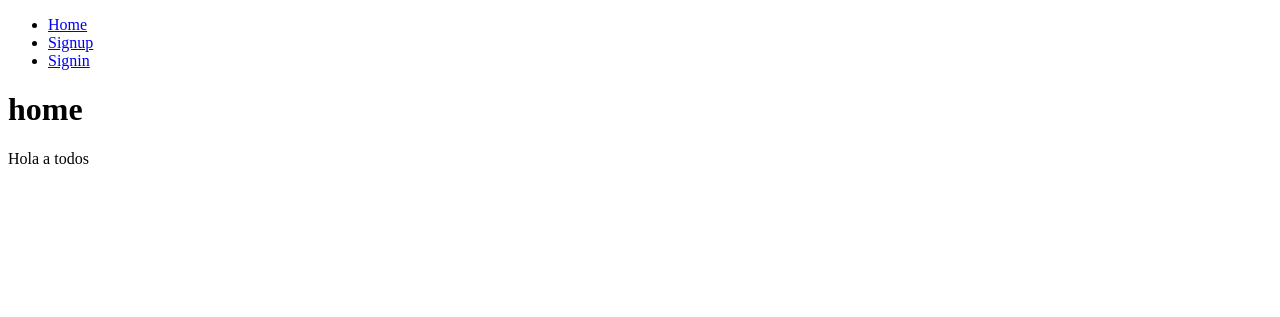
Repository: dbettancourt/django-auth-crud
Page: http://localhost/
The author's editor kept a copy of each file at every save. The page is drawn from the files as they stood at one save, then again after the next save.
The browser window is 1280 px wide. The pictures show the whole page.
The page is served by the project's application, run on Django 4.2 (manage.py). Other server files are loaded and not shown.

Above is the page before, as saved 2023-06-06 09:48:00.

### tasks/templates/home.html
{% extends 'base.html' %}

{% block content %}
<h1>home</h1>
<p>Hola a todos</p>
{% endblock %}

### tasks/templates/base.html
<!DOCTYPE html>
<!--[if lt IE 7]>      <html class="no-js lt-ie9 lt-ie8 lt-ie7"> <![endif]-->
<!--[if IE 7]>         <html class="no-js lt-ie9 lt-ie8"> <![endif]-->
<!--[if IE 8]>         <html class="no-js lt-ie9"> <![endif]-->
<!--[if gt IE 8]>      <html class="no-js"> <!--<![endif]-->
<html>
    <head>
        <meta charset="utf-8">
        <meta http-equiv="X-UA-Compatible" content="IE=edge">
        <title>Pagina Base Django</title>
        <meta name="description" content="">
        <meta name="viewport" content="width=device-width, initial-scale=1">
        <link rel="stylesheet" href="">
        <link rel="https://cdn.jsdelivr.net/npm/bootstrap@5.3.0/dist/css/bootstrap.min.css">
    </head>
    <body>
        <!--[if lt IE 7]>
            <p class="browsehappy">You are using an <strong>outdated</strong> browser. Please <a href="#">upgrade your browser</a> to improve your experience.</p>
        <![endif]-->

        <script src="" async defer></script>

        <nav>
            <ul>
                <li>
                    <a href="/">Home</a>
                </li>
                {% if user.is_authenticated %}
                <li>
                    <a href="/tasks">Tasks Pending</a>
                </li>
                <li>
                    <a href="/tasks_completed">Tasks Completed</a>
                </li>
                <li>
                    <a href="/tasks/create">Create task</a>
                </li>

                <li>
                    <a href="/logout">Logout</a>
                </li>
                {% else %}
                <li>
                    <a href="/signup">Signup</a>
                </li>
                <li>
                    <a href="/signin">Signin</a>
                </li>
                {% endif %}
            </ul>
        </nav>


        {% block content %}
        {% endblock %}

    </body>
</html>

### tasks/views.py
from django.shortcuts import render, redirect, get_object_or_404
from django.contrib.auth.forms import UserCreationForm, AuthenticationForm
from django.contrib.auth.models import User
from django.contrib.auth import login, logout, authenticate
from django.db import IntegrityError
from .forms import TaskForm
from .models import Task
from django.utils import timezone
from django.contrib.auth.decorators import login_required



# Create your views here.
def home(request):
    return render(request, 'home.html')

def signup(request):

    if request.method == 'GET':
         return render(request, 'signup.html',{
        'form': UserCreationForm
    })

    else:
        if request.POST['password1'] == request.POST['password2']:
            try:
                user = User.objects.create_user(username=request.POST['username'], password=request.POST['password1'])
                user.save()
                login(request, user)
                return redirect ('tasks')
            except IntegrityError:
                return render(request, 'signup.html',{
                    'form': UserCreationForm,
                    'error': 'El usuario ya existe'
                    })
        return render(request, 'signup.html', {
            'form': UserCreationForm,
            'error': 'Las contraseñas no coinciden'
            })

@login_required
def tasks(request):
    tasks = Task.objects.filter(user=request.user, datecompleted__isnull=True)
    return render(request, 'tasks.html', {'tasks': tasks})

@login_required
def tasks_completed(request):
    tasks = Task.objects.filter(user=request.user, datecompleted__isnull=False).order_by ('-datecompleted')
    return render(request, 'tasks.html', {'tasks': tasks})

@login_required
def create_task(request):

    if request.method == 'GET':
        return render(request, 'create_task.html', {
            'form': TaskForm
        })
    else:
        try:
            form = TaskForm(request.POST)
            new_task = form.save(commit=False)
            new_task.user = request.user
            new_task.save()
            return redirect('tasks')
        except ValueError:
            return render(request, 'create_task.html', {
                'form': TaskForm,
                'error': 'Por favor ingresar datos validos'
             })

@login_required
def task_detail(request, task_id):
    if request.method == 'GET':
        task = get_object_or_404(Task, pk=task_id, user=request.user)
        form = TaskForm(instance=task)
        return render(request, 'task_detail.html', {'task': task, 'form': form})
    else:
        try:
            task = get_object_or_404(Task, pk=task_id, user=request.user)
            form = TaskForm(request.POST, instance=task)
            form.save()
            return redirect('tasks')
        except ValueError:
            return render(request, 'task_detail.html', {'task': task, 'form': form, 'error': "Error al actualizar"})

@login_required
def complete_task(request, task_id):
    task = get_object_or_404(Task, pk=task_id, user=request.user)
    if request.method == 'POST':
        task.datecompleted = timezone.now()
        task.save()
        return redirect('tasks')

@login_required
def delete_task(request, task_id):
    task = get_object_or_404(Task, pk=task_id, user=request.user)
    if request.method == 'POST':
        task.datecompleted = timezone.now()
        task.delete()
        return redirect('tasks')

@login_required
def signout(request):
    logout(request)
    return redirect('home')

def signin(request):
    if request.method=='GET':
        return render(request, 'signin.html', {
            'form': AuthenticationForm
        })
    else:
        user = authenticate(
            request, username=request.POST['username'], password=request.POST['password'])

        if user is None:
            return render(request, 'signin.html', {
                'form': AuthenticationForm,
                'error': 'Usuario o password es incorrecta'
            })
        else:
            login(request, user)
            return redirect('tasks')

### djangocrud/urls.py
"""
URL configuration for djangocrud project.

The `urlpatterns` list routes URLs to views. For more information please see:
    https://docs.djangoproject.com/en/4.2/topics/http/urls/
Examples:
Function views
    1. Add an import:  from my_app import views
    2. Add a URL to urlpatterns:  path('', views.home, name='home')
Class-based views
    1. Add an import:  from other_app.views import Home
    2. Add a URL to urlpatterns:  path('', Home.as_view(), name='home')
Including another URLconf
    1. Import the include() function: from django.urls import include, path
    2. Add a URL to urlpatterns:  path('blog/', include('blog.urls'))
"""
from django.contrib import admin
from django.urls import path
from tasks import views

urlpatterns = [
    path('admin/', admin.site.urls),
    path('', views.home, name='home'),
    path('signup/', views.signup, name='signup'),
    path('tasks/', views.tasks, name='tasks'),
    path('tasks_completed/', views.tasks_completed, name='_completed'),
    path('tasks/create/', views.create_task, name='create_tasks'),
    path('tasks/<int:task_id>/', views.task_detail, name='task_detail'),
    path('tasks/<int:task_id>/complete', views.complete_task, name='complete_task'),
    path('tasks/<int:task_id>/delete', views.delete_task, name='delete_task'),
    path('logout/', views.signout, name='logout'),
    path('signin/', views.signin, name='signin')
]

After the next save:
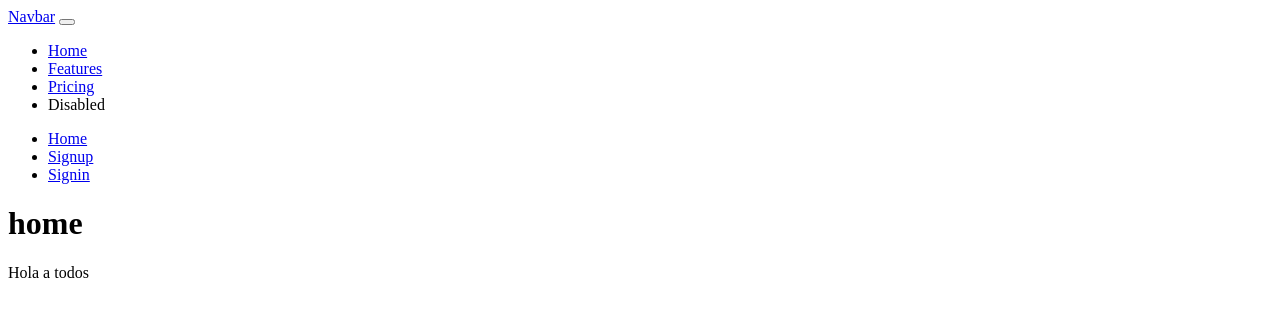
Saved 5 min 13 s later.
--- a/tasks/templates/base.html
+++ b/tasks/templates/base.html
@@ -19,6 +19,31 @@
         <![endif]-->
 
         <script src="" async defer></script>
+
+        <nav class="navbar navbar-expand-lg bg-body-tertiary">
+            <div class="container-fluid">
+              <a class="navbar-brand" href="#">Navbar</a>
+              <button class="navbar-toggler" type="button" data-bs-toggle="collapse" data-bs-target="#navbarNav" aria-controls="navbarNav" aria-expanded="false" aria-label="Toggle navigation">
+                <span class="navbar-toggler-icon"></span>
+              </button>
+              <div class="collapse navbar-collapse" id="navbarNav">
+                <ul class="navbar-nav">
+                  <li class="nav-item">
+                    <a class="nav-link active" aria-current="page" href="#">Home</a>
+                  </li>
+                  <li class="nav-item">
+                    <a class="nav-link" href="#">Features</a>
+                  </li>
+                  <li class="nav-item">
+                    <a class="nav-link" href="#">Pricing</a>
+                  </li>
+                  <li class="nav-item">
+                    <a class="nav-link disabled">Disabled</a>
+                  </li>
+                </ul>
+              </div>
+            </div>
+          </nav>
 
         <nav>
             <ul>
